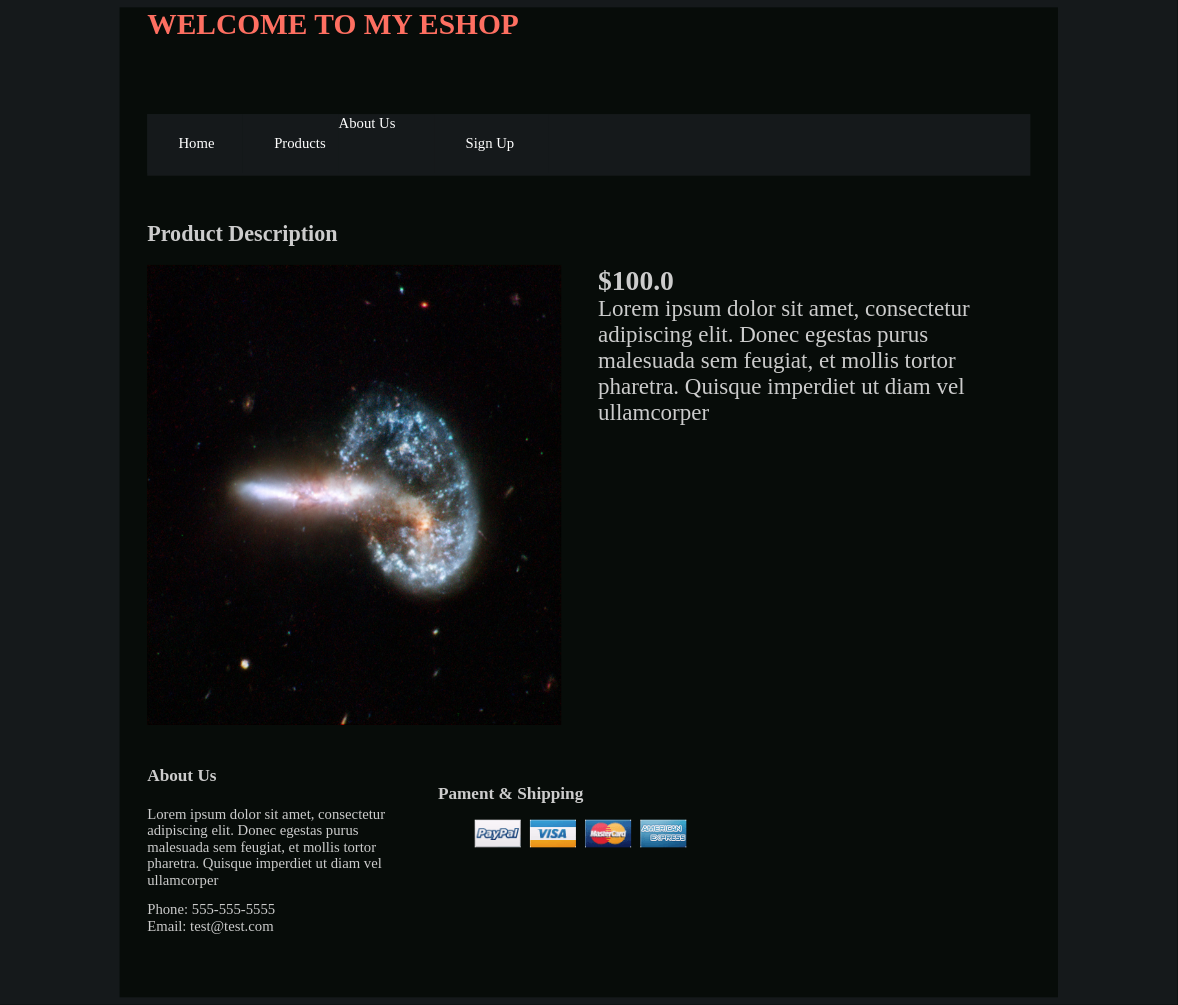
Repository: smugfox/ecommerce_project
Page: galaxy_product_description.html
The author's editor kept a record of every edit. The page is drawn from the files as they stood at one moment, then again after the next edit.
The browser window is 1280 px wide. The pictures show the whole page, at 92% of full size.

Above is the page before.

### galaxy_product_description.html
<!DOCTYPE html>
<html>
    <head>
        <title>Eshop</title>
        <link rel="stylesheet" type="text/css" href="css/galaxy_product_description.css" />
    </head>
    <body>
        <!--CONTAINER-->
        <div id="container">
          <!--HEADER-->
          <div id=header>
            <div class="header_cart">

                <div id="logo">
                    <h1><a href="#">WELCOME TO MY ESHOP</a></h1>
                </div>
                <!--END LOGO-->
            </div>
          </div>
          <!--END HEADER-->
          <!--NAV-->
          <div id="nav">
              <!--SEARCH-->
              <!--END SEARCH-->
              <ul>
                  <li>
                      <a href="index.html" class="home">Home</a>
                  </li>
                  <li>
                      <a href="galaxies.html" class="products">Products</a>
                  </li>
                  <li>
                      <a href="about_us.html" class="about_us">About Us</a>
                  </li>
                  <li>
                      <a href="signup.html" class="sign_up">Sign Up</a>
                  </li>
              </ul>
            </div>
            <!--END NAV-->
            <!--MAIN-->
              <div id="main">
              <h2>Product Description</h2>
                <div id="primary">
                 <div class="galaxy_description">
                   <div class="picture_image">
                    <img src="img/arp18.jpg">
                   </div>
                 <div class="price">
                   <h2>$100.0</h2>
                   <p>Lorem ipsum dolor sit amet, consectetur adipiscing elit.
                    Donec egestas purus malesuada sem feugiat, et mollis tortor
                    pharetra. Quisque imperdiet ut diam vel ullamcorper</p>
                  </div>
                </div>
              </div>
              <!--END MAIN-->
              <!--FOOTER-->
              <div id="footer">
                <div id="footer_left">
                    <h3>About Us</h3>
                    <p>Lorem ipsum dolor sit amet, consectetur adipiscing elit.
                    Donec egestas purus malesuada sem feugiat, et mollis tortor
                    pharetra. Quisque imperdiet ut diam vel ullamcorper</p>
                    <p>Phone: 555-555-5555
                    <br>
                       Email: test@test.com
                    </p>
                </div>
                <div id="footer_mid">
                    <h3>Pament &amp Shipping</h3>
                    <ul>
                        <li class="paypal"><img src="img/paypal.png"></li>
                        <li class="visa"><img src="img/visa.png"></li>
                        <li class="mastercard"><img src="img/mastercard.png"></li>
                        <li class="ae"><img src="img/ax.png"></li>
                    </ul>
                </div>
              </div>
              <!--END OF FOOTER-->
        </div>
        <!--END OF CONTAINER-->
    </body>
</html>

### css/galaxy_product_description.css
body {
    background-color: #15191b;
    color:#ccc;
}

ul {
    list-style-type: none;
    line-height:20px;
}

a {
    text-decoration:none;
    color:#fe6f61;
}

a:visited {
    color:#fe6f61;
}

#container {
    width:1020px;
    margin:auto;
    background-color:#070C09;
}

#sidebar {
    width: 250px;
    height: 90px;
    float:right;
    margin-right:30px;
}

#header {

    width:960px;
    height:100px;
    margin:auto;
    display:block;
}

#logo {
    width:960px;
    height: 100px;
    margin:auto;
    display:block;
}

#logo h1 {
    margin:0;
}

#logo img {
    width:580px;
}

#nav {
    width:960px;
    height:67px;
    margin:0 30px 30px 30px;
    display:block;
    background-color:#15191b;
}

#nav form {
    border:none;
    margin-right:0;
    float:right;
    margin-top:20px;
}

#nav ul {
    width:745px;
    padding:0;
}

#nav ul li {
    width:104px;
    height:64px;
    float:left;
    display:block;
}

#nav ul li a {
    color:#fff;
}

input.reg {
    border:0;
    padding: 5px;
    background-color:#B0C1C7
}

input.button {
    margin-top:5px;
    background-color:#fe6f61;
    border:none;
    color:#fff;
    font-weight:bold;
    padding:10px;
    border-radius:4px;
}

#go {
    width:18px;
    height:18px;
    padding:1px;
    float:right;
    margin-top:20px;
    padding:6px;
    background-color:#B0C1C7;
}

#q {
    margin-left:0;
    border:none;
    margin-right:0;
    float:right;
    margin-top:20px;
    border:none;
    background-color:#B0C1C7;
    height:28px;
}

::-webkit-input-placeholder {
   margin-left:2px;
   color: #000;
}

.home {
    width:36px;
    height:20px;
    padding:22px 34px;
    float:left;
    background-color:#15191b;
}

.products {
    width:36px;
    height:20px;
    padding:22px 34px;
    float:left;
    background-color:#15191b;
}

.login {
    width:66px;
    height:20px;
    padding:22px 34px;
    float:left;
    background-color:#15191b;
}

.sign_up {
    width:56px;
    height:20px;
    padding:22px 34px;
    float:left;
    background-color:#15191b;
}

.logout {
    width:56px;
    height:20px;
    padding:22px 34px;
    float:left;
    background-color:#15191b;
}

.account {
    width:56px;
    height:20px;
    padding:22px 34px;
    float:left;
    background-color:#15191b;
}

#main {
    width: 960px;
    display:table;
    margin:auto;
}

#primary {
    width:960px;
    float:left;
    display:block;
    margin-bottom: 40px;
}
.picture_image {
   float:left;
}
.picture_image img {
    width:450px;
    height:500px;
}

.price {
    width:500px;
    float:left;
}

.price h2 {
    font-size: 30px;
    margin: 0 0 0 40px;
}

.price p {
    margin: 0 0 0 40px;
    font-size:25px;
}

#footer {
    width:960px;
    height:248px;
    margin:auto;
    display: block;
}

#footer_left {
    width:280px;
    float:left;
    margin-right:36px;
}

#footer_left h3 {
    margin: 0 0 22px 0;
}

#footer_left p {
    margin: 0 0 20px 0;
    height:84px;
}

#footer_mid {
    width: 300px;
    float:left;
}

#footer_mid ul li {
    float:left;
    margin:0 10px 0 0;
}

After the next edit:
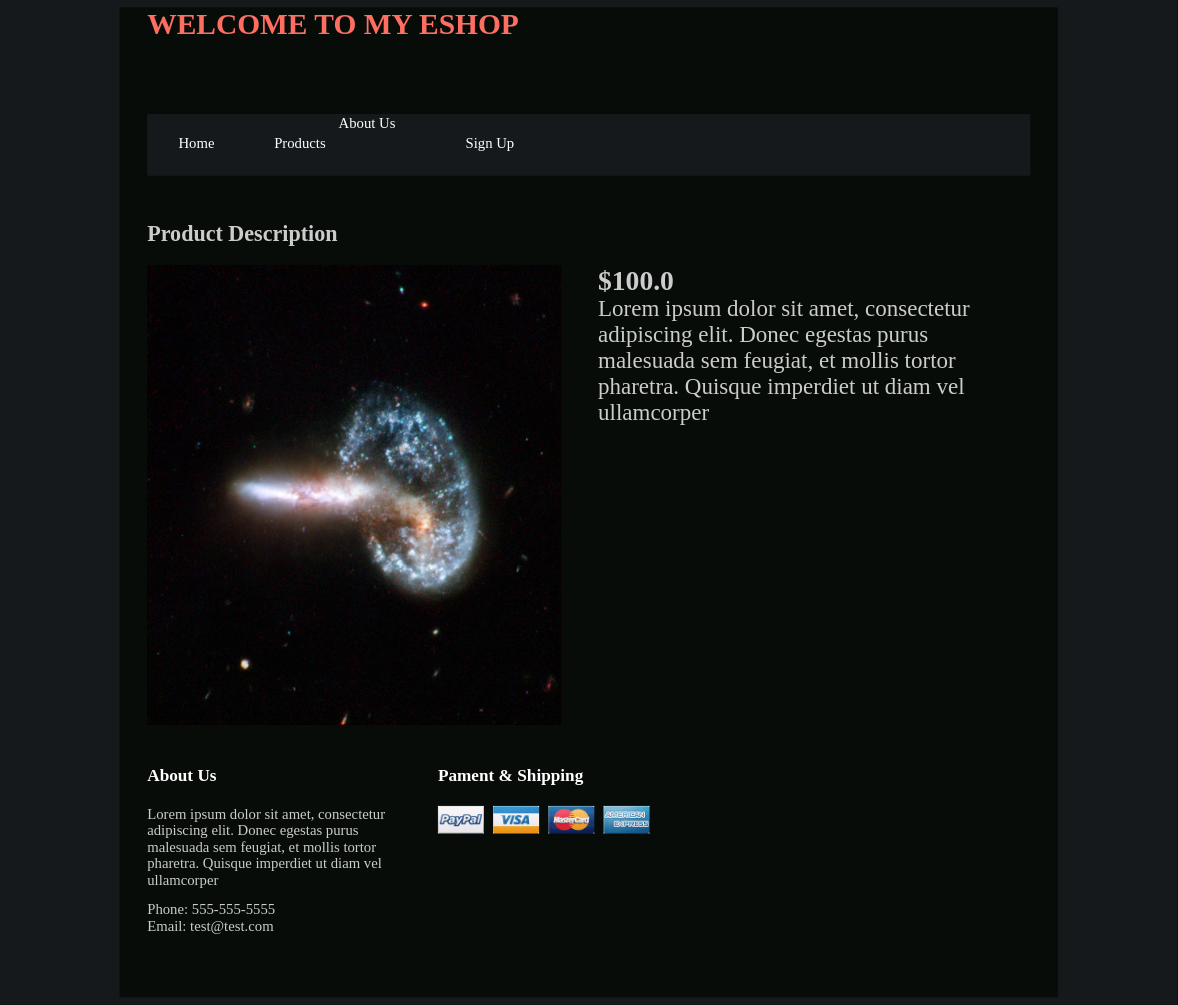
The edit:
--- a/css/galaxy_product_description.css
+++ b/css/galaxy_product_description.css
@@ -240,3 +240,50 @@ input.button {
     float:left;
     margin:0 10px 0 0;
 }
+
+#footer_left {
+    width:280px;
+    float:left;
+    margin-right:36px;
+}
+
+#footer_left h3 {
+    color:#fff;
+    margin: 0 0 22px 0;
+}
+
+#footer_left p {
+    margin: 0 0 20px 0;
+    height:84px;
+}
+
+#footer_mid {
+    width: 300px;
+    float:left;
+}
+
+#footer_mid h3 {
+    color:#fff;
+    margin: 0 0 22px 0;
+}
+
+#footer_mid ul {
+    margin: 0 0 25px 0;
+    padding-left:0;
+}
+
+#footer_mid ul li {
+    float:left;
+    margin:0 10px 0 0;
+}
+
+#footer_mid p {
+    margin-top: 30px;
+    margin-bottom:2px;
+}
+.copyright {
+
+    width:910px;
+    height:30px;
+    margin-top: 10px;
+}
